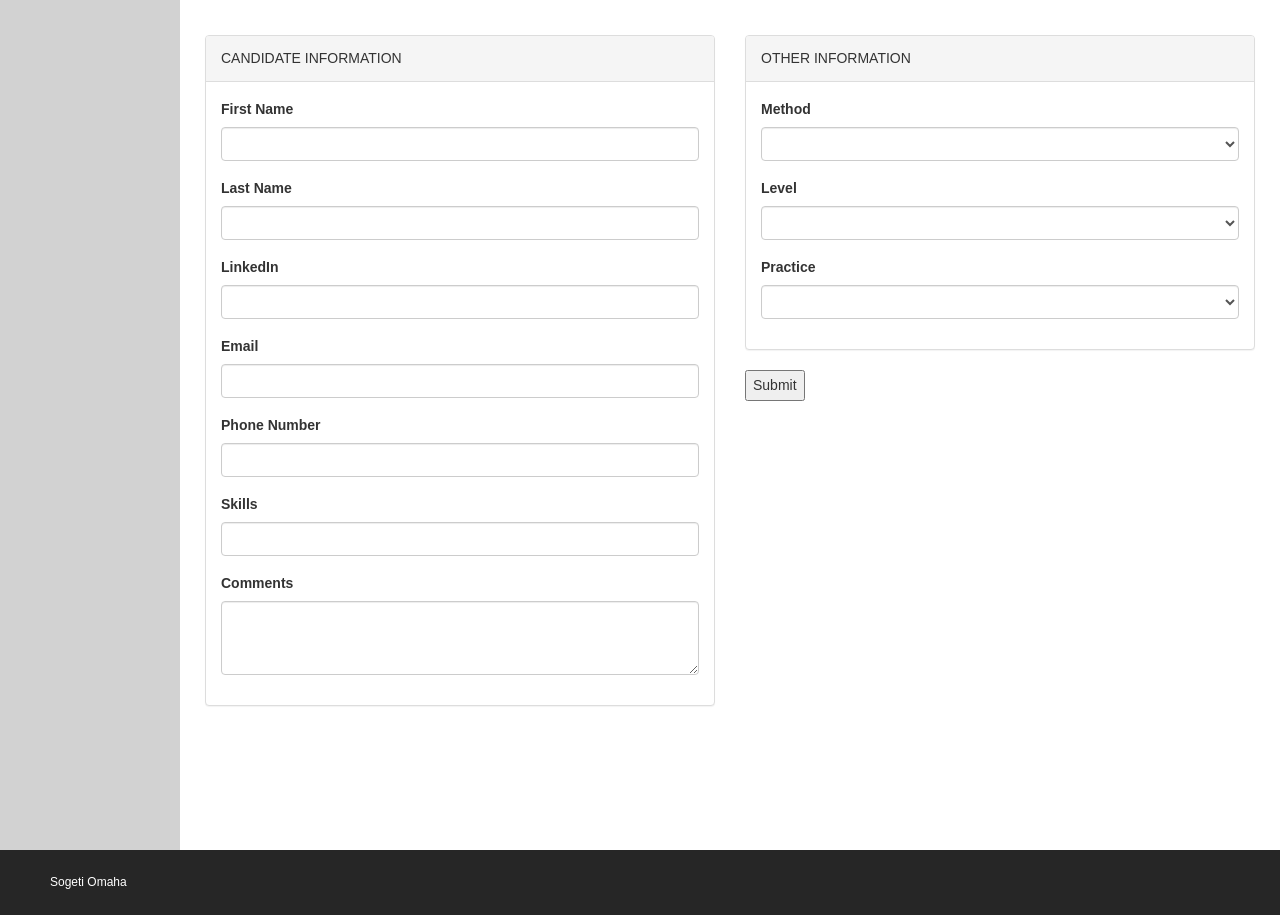
Repository: prasanana/Omaha-Sogeti-Recruiting
Page: http://localhost/Omaha_Sogeti_Recruitment/UpdateCandidateDetail.jsp
The author's editor kept a copy of each file at every save. The page is drawn from the files as they stood at one save, then again after the next save.
The browser window is 1280 px wide. The pictures show the whole page.
Some web fonts or font styles are not loaded; a fallback is used. The page is served by Tomcat 9. The template is opened directly, without the code that normally fills it, so the values that code supplies are empty.

Above is the page before, as saved 2015-03-27 01:02:01.
Console error: TypeError: $(...).bind(...).autocomplete is not a function

After the next save:
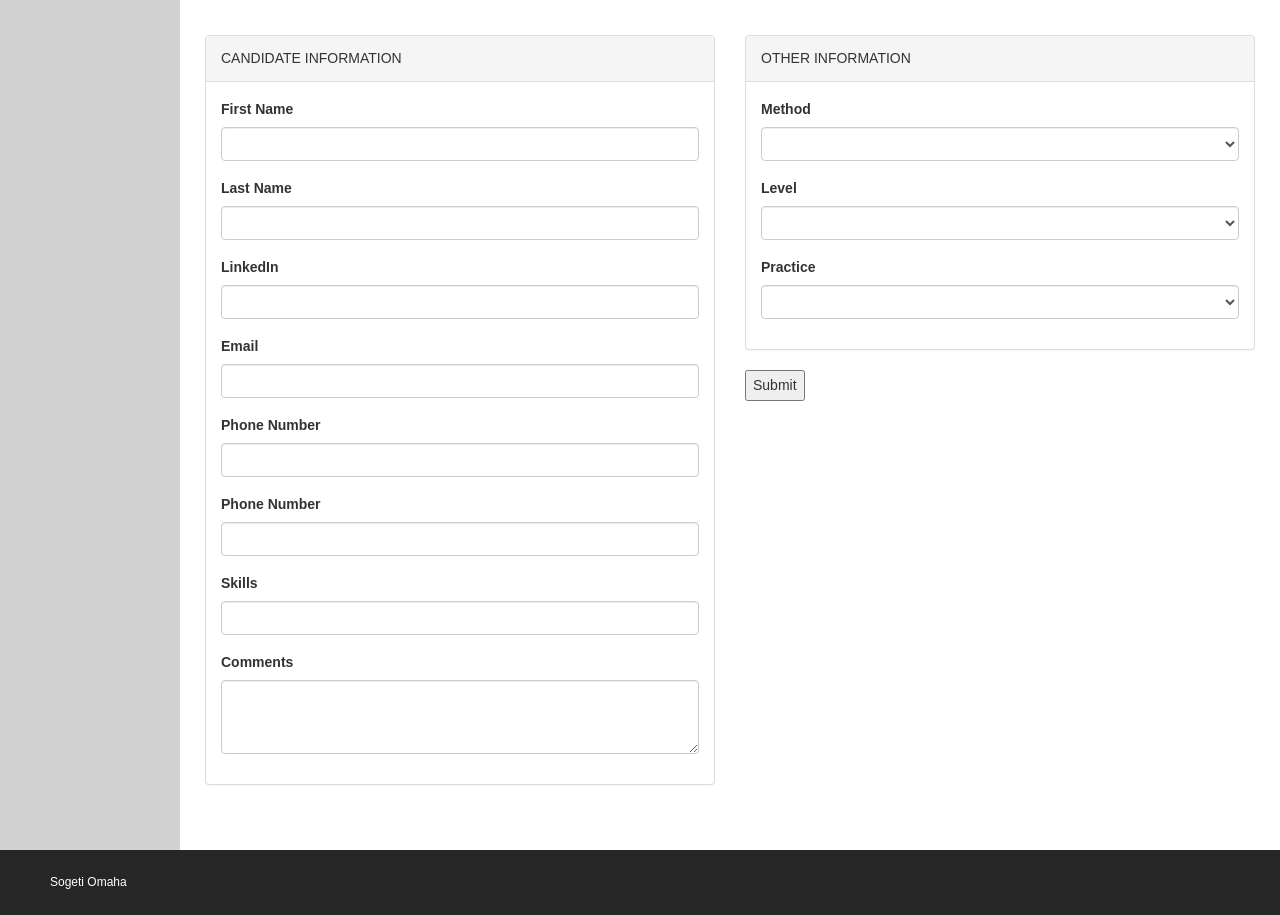
Saved 15 min 26 s later.
--- a/OmahaSogetiRecruitingWS/Omaha_Sogeti_Recruitment/WebContent/UpdateCandidateDetail.jsp
+++ b/OmahaSogetiRecruitingWS/Omaha_Sogeti_Recruitment/WebContent/UpdateCandidateDetail.jsp
@@ -41,6 +41,10 @@
   <div class="form-group">
     <label for="updateCandidateEmail">Email</label>
     <input type="email" class="form-control" id="updateCandidateEmail" name = "updateCandidateEmail" value = "${email}" required/>
+  </div>
+  <div class="form-group">
+    <label for="updateCandidateEmailPhone">Phone Number</label>
+    <input type="text" class="form-control" id="updateCandidateEmailPhone" name = "updateCandidateEmailPhone" value = "${phoneNo}" required/>
   </div>
   <div class="form-group">
     <label for="updateCandidateEmailPhone">Phone Number</label>
